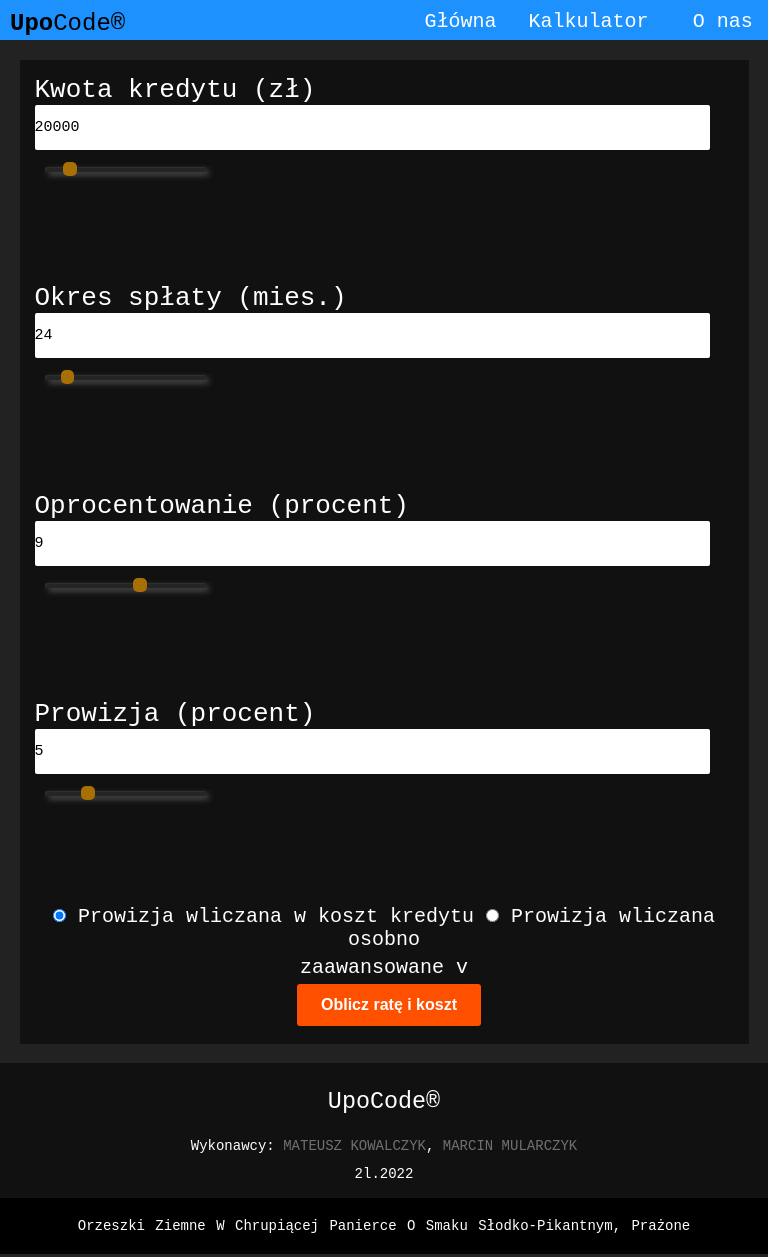
Repository: Klemingway/egzamin
Page: kalkulator.html
The author's editor kept a copy of each file at every save. The page is drawn from the files as they stood at one save, then again after the next save.
The browser window is 768 px wide. The pictures show the whole page.

Above is the page before, as saved 2023-01-25 11:58:49.

### kalkulator.html
<!DOCTYPE html>
<html lang="pl">

<head>
    <meta charset="UTF-8">
    <meta http-equiv="X-UA-Compatible" content="IE=edge">
    <meta name="viewport" content="width=device-width, initial-scale=1.0">
    <link rel="stylesheet" href="style/styl.css">
    <link rel="shortcut icon" href="img/ikonna.png" type="image/x-icon">
    <script src="js/script.js"></script>
    <title>Bankowy</title>
</head>
<header>

    <div id="hod">
        <a style="text-decoration: none;color: white;" href="index.html">Główna</a>
        <a style="text-decoration: none;color: white;" href="kalkulator.html">Kalkulator</a> &puncsp;
        <div id="hod1"><a style="text-decoration: none; color: white;" href="bl.html">O nas</a></div>
    </div>
    <div id="hzd">
        <b>Upo</b>Code®
    </div>
</header>

<div id="gl">

    <div id="d1" class="d">
        Kwota kredytu (zł)
        <input type="text" name="kwota" pattern="[0-9]" id="kwota" class="wej" value="20000" onchange="document.getElementById('r1').value = this.value/1000"><br>
        <input type="range" min="1" max="150" value="20" id="r1" class="slider" oninput="document.getElementById('kwota').value = this.value*1000; ">
    </div>

    <div id="d2" class="d">
        Okres spłaty (mies.)
        <input type="text" name="splata" pattern="[0-9]" id="splata" class="wej" value="24" onchange="document.getElementById('r2').value = this.value"><br>
        <input type="range" min="12" max="120" value="24" id="r2" class="slider" oninput="document.getElementById('splata').value = this.value;">
    </div>


    <div id="d3" class="d">
        Oprocentowanie (procent)
        <input type="text" name="splata" pattern="[0-9]" id="oproc" class="wej" value="9" onchange="document.getElementById('r3').value = this.value*100"><br>
        <input type="range" min="1" max="1500" value="900" id="r3" class="slider" oninput="document.getElementById('oproc').value = this.value/100;">
    </div>

    <div id="d4" class="d">
        Prowizja (procent)
        <input type="text" name="prowiz" pattern="[0-9]" id="prowiz" class="wej" value="5" onchange="document.getElementById('r4').value = this.value"><br>
        <input type="range" min="0" max="20" value="5" id="r4" class="slider" oninput="document.getElementById('prowiz').value = this.value;">
    </div>

    <div id="d5">
        <label>
        <input type="radio" checked name="choice" value="wariant1" class="radio"> Prowizja wliczana w koszt kredytu
        </label>
        <label>
            <input type="radio" name="choice" value="wariant2" class="radio">
            Prowizja wliczana osobno
        </label>
    </div>
    <div id="d6">
        <a onclick="zaawansowane()" style="margin-bottom: 100px;">zaawansowane v</a>
    </div>
    <div id="d7">
        <input type="button" id="guzik" value="Oblicz ratę i koszt" onclick="test()">
    </div>
</div>
<!-- <div id="wyniki">

</div> -->



<footer>
    <div id="zawfoot">
        <h3>UpoCode®</h3>
        <p>Wykonawcy: <span>Mateusz Kowalczyk</span>, <span>Marcin Mularczyk</span><br>2l.2022</p>

    </div>
    <div class="dol">
        <p>Orzeszki ziemne w chrupiącej panierce o smaku słodko-pikantnym, prażone

        </p>
    </div>
</footer>

</body>

</html>

### style/styl.css
html,
body {
    padding: 0;
    margin: 0;
    font-family: monospace;
    background-color: #222222;
    overflow-x: hidden;
    min-height: 100%;
}

body::-webkit-scrollbar {
    width: 0.6em;
}

body::-webkit-scrollbar-track {
    -webkit-box-shadow: inset 0 0 6px rgba(0, 0, 0, 0.3);
}

body::-webkit-scrollbar-thumb {
    background-color: rgb(255, 136, 0);
}

body::-webkit-scrollbar-thumb:hover {
    background: rgba(255, 136, 0, 0.582);
}


/* header */

header {
    z-index: 5;
    text-decoration: none;
    padding-top: 0.5em;
    position: sticky;
    top: 0;
    height: 5vh;
    background-color: #1d92ff;
    width: 100vw;
    font-size: 20px;
}

#hzd {
    font-size: 1.2em;
    padding-left: 10px;
    background-color: #1d92ff;
}

#hod {
    float: right;
    word-spacing: 20px;
    margin-right: 2vw;
}

#hod1 {
    float: right;
    word-spacing: 0px;
}

#fw {
    position: relative;
    margin-top: 20px;
}


/* koniec headera */

#gl {
    padding-top: 1.5em;
    padding-left: 2em;
    padding-bottom: 2em;
    justify-content: center;
    background-color: #111111;
    color: white;
    margin: 1.5em;
    min-height: 20vh;
}


/* #d1 {
    background-color: aqua;
}

#d2 {
    background-color: brown;
}

#d3 {
    background-color: olive;
}

#d4 {
    background-color: orangered;
} */

#gll {
    background-color: #ff5000;
    width: 100%;
    height: auto;
    border: #ff5000 1px solid;
}

#d5 {
    font-size: 20px;
    padding-top: 5px;
    width: 100%;
    text-align: center;
    /* background-color: gold; */
}

#d6 {
    font-size: 20px;
    padding-top: 5px;
    width: 100%;
    text-align: center;
    /* background-color: rgb(0, 255, 115); */
}

#d7 {
    margin: 5px;
    display: flex;
    width: 100%;
    justify-content: center;
}

.d {
    word-wrap: break-word;
    font-size: 2em;
    padding: 2px;
    width: 50%;
    float: left;
    min-height: 13vh;
    padding-right: 4em;
}

#wyniki {
    min-height: 25em;
    margin-bottom: 3em;
}


/* wejscia wyjscia */

.wej {
    float: right;
    border-radius: 2px;
    outline: none;
    border: none;
    font-family: monospace;
    height: 3em;
    width: 9em;
    font-size: 15px;
}

.slider {
    margin: 10px;
    -webkit-appearance: none;
    outline: none;
    border-radius: 3px;
    height: 0.6vh;
    width: 21vw;
    background-color: rgb(37, 37, 37);
    box-shadow: 3px 3px 6px rgb(89, 88, 92), inset 1px 1px 1px #313131;
}

.slider::-webkit-slider-thumb {
    -webkit-appearance: none;
    width: 1em;
    height: 1em;
    cursor: pointer;
    background-color: rgb(168, 111, 5);
    overflow: visible;
    border-radius: 5px;
}

#guzik {
    display: inline-block;
    outline: none;
    cursor: pointer;
    font-weight: 600;
    border-radius: 3px;
    padding: 12px 24px;
    border: 0;
    color: #fff;
    background: #ff5000;
    line-height: 1.15;
    font-size: 16px;
}

#guzik:hover {
    transition: all .1s ease;
    box-shadow: 0 0 0 0 #fff, 0 0 0 3px #1d92ff;
}


/* footer */

footer {
    position: absolute;
    bottom: 0;
    width: 100%;
    left: 0;
    right: 0;
    background: #111;
    height: auto;
    width: 100vW;
    font-family: monospace;
    padding-top: 20px;
    color: white;
}

#zawfoot {
    display: flex;
    align-items: center;
    justify-content: center;
    flex-direction: column;
    text-align: center;
}

#zawfoot h3 {
    font-size: 1.8rem;
    font-weight: 400;
    text-transform: capitalize;
    line-height: 3rem;
}

#zawfoot p {
    max-width: 500px;
    margin: 10px auto;
    line-height: 28px;
    font-size: 14px;
}

* {
    margin: 0;
    padding: 0;
    box-sizing: border-box;
}

.dol {
    background: #000;
    width: 100vw;
    padding: 20px 0;
    text-align: center;
}

.dol p {
    font-size: 14px;
    word-spacing: 2px;
    text-transform: capitalize;
}

#zawfoot span {
    text-transform: uppercase;
    opacity: .4;
    font-weight: 200;
}


/* koniec footera */

@media (max-width: 1000px) {
    .d {
        padding-right: 1em;
        min-height: 26vh;
        width: 100%;
        padding-bottom: 0;
    }
    .wej {
        width: 100%;
    }
    #gl {
        padding: 1em;
    }
    footer {
        position: relative;
    }
}

### js/script.js




function zaokrongl(variable) {
    return Math.round(variable * 100) / 100;
}
document.addEventListener('mouseup', function(e) {
    if(e.target.id == "dwd"){
        zamknij();
    }
    else if(e.target.id == "dwd2"){
        zamknij1();
    }
});
function tableCreate2(splata, k, oprocentowanie, kwota, rata, prowizja, kwota_dodana) {
    console.log("kwota: " + kwota);
    //tu sie dzieje magia sztańska i wgl ale no uwu
    var a = document.getElementById("wyniki2");
    // czyszczenie diva
    a.innerHTML = '';
    //ustawiamy sobie stałą
    const wyniki = document.a,
    // do tej stałej tworzymy element div
    div = document.createElement('div');
    // ustawiamy id diva jako tabela
    div.setAttribute("id", "tabela");
    //tworzymy tabele
    tbl = document.createElement('table');
    // dopisujemy tabele do diva
    div.appendChild(tbl);
    tbl.style.width = '110px';
    tbl.style.border = '1px solid black';

    var odsetki = 0,   suma_odsetek = 0,    suma = 0;
    var kapital = 0,   suma = 0,            kwota_kredytu=0;

    var element1 = document.getElementById('advanced2');
    var choice2 = document.getElementsByName('choice2');
    if(element1!==null && choice2[1].checked==true){
        kwota_kredytu= kwota - kwota_dodana;
        console.log("kwota+kredytu: " + kwota_kredytu)
    }
    else{
        kwota_kredytu = kwota;
        console.log("kwota+kredytu: " + kwota_kredytu)
    }
    // prosta pętla myśle że nic nie trzeba tłumaczyć
    loop1:
    for (let i = 0; i <= splata; i++) {
        const tr = tbl.insertRow();
        loop2:
        for (let j = 0; j < 4; j++) {
            odsetki = (oprocentowanie / k) * kwota_kredytu;


            kapital = rata - odsetki;
            const td = tr.insertCell();
            if (i == 0 && j == 0) {
                td.appendChild(document.createTextNode("L.p."));
                td.style.fontSize = '20px';
            } else if (i == 0 && j == 1) {
                td.appendChild(document.createTextNode("Odsetki"));
                td.style.fontSize = '20px';
            } else if (i == 0 && j == 2) {
                td.appendChild(document.createTextNode("Kapitał"));
                td.style.fontSize = '20px';
            } else if (i == 0 && j == 3) {
                td.appendChild(document.createTextNode("Wysokość raty"));
                td.style.fontSize = '20px';
            }
            if (j == 0 && i != 0) {
                if(kapital>=rata){
                    break loop1;
                }
                td.appendChild(document.createTextNode(i));
            } else if (j == 1 && i != 0) {
                suma_odsetek += odsetki;
                td.appendChild(document.createTextNode(zaokrongl(odsetki)));
            } else if (j == 2 && i != 0) {
                kwota_kredytu -= kapital;
                td.appendChild(document.createTextNode(zaokrongl(kapital)));
            } else if (j == 3 && i != 0) {
                suma += rata;
                td.appendChild(document.createTextNode(rata));
            }
            td.style.border = '1px solid black';

        }
    }
    console.log("Suma: "+suma)
    console.log("Suma odsetek: "+suma_odsetek)
    a.appendChild(div);
}
function obliczanie(I,N,oprocentowanie,choice,n,zaplata,prowizja,suma,k,kwota_dodana){
    var choice2 = document.getElementsByName('choice2');

        // jeżeli wybrane żeby Prowizja wliczana w koszt kredytu to wtedy to się liczy
        if (choice[0].checked == true) {
            prowizja = (document.getElementById("prowiz").value) / 100;

            prowizja = prowizja * N;
            // doliczamy prowizję do kwoty kredytu
            N = N * 1 + prowizja;

            // jeżeli okres spłaty wynosi mniej niż 12 miesięcy to analogicznie w roku
            // zapłacimy równowartość tego okresu bo w roku mamy max 12 rat
            k = 12;
            if (n < 12) {
                k = n;
            }
            for (var i = 1; i <= n; i++) {
                // no to tutaj przepisany wzór z matematycznego na kodowanie
                suma += Math.pow((1 + (oprocentowanie / k)), -i);
            }
            // tutaj jest licznik podzielony przez mianownik
            I = N / suma;
            // mnożymy naszą ratę razy ilość rat aby otrzymać ile będziemy musieli oddać bankowi
            zaplata = I * n;
            console.log("N: " + N)

            tableCreate2(n, k, oprocentowanie, N, zaokrongl(I), prowizja,kwota_dodana)
            document.getElementById("wyniki").innerHTML = "Wysokość raty: " + zaokrongl(I) + "<br>" +
                "Całkowita kwota do spłaty: " + zaokrongl(zaplata);

        // jeżeli wybrane żeby Prowizja wliczana osobno to wtedy to się liczy
        } else if (choice[1].checked == true) {
            prowizja = (document.getElementById("prowiz").value) / 100;
            prowizja = prowizja * N;
            // jeżeli okres spłaty wynosi mniej niż 12 miesięcy to analogicznie w roku zapłacimy równowartość tego okresu bo w roku mamy max 12 rat
            k = 12;
            if (n < 12) {
                k = n;
            }
            for (var i = 1; i <= n; i++) {
                // no to tutaj przepisany wzór z matematycznego na kodowanie
                suma += Math.pow((1 + (oprocentowanie / k)), -i);
            }
            // tutaj jest licznik podzielony przez mianownik
            I = N / suma;
            // mnożymy naszą ratę razy ilość rat aby otrzymać ile będziemy musieli oddać bankowi
            zaplata = I * n;
            // doliczamy prowizję po wszystkich obliczeniach
            zaplata = zaplata + prowizja;
            console.log("N: " + N)
            tableCreate2(n, k, oprocentowanie, N, zaokrongl(I), prowizja,kwota_dodana)
            document.getElementById("wyniki").innerHTML = "Wysokość raty: " + zaokrongl(I) + "<br>" +
                "Całkowita kwota do spłaty: " + zaokrongl(zaplata);
        }
        else{
            console.log("wda")
        }
        document.getElementById("dwd").style.backdropFilter = "blur(7px)";
        document.getElementById("wyniki").innerHTML += "<br><input type=\"button\" id='guzior1' onclick=\"pokaz()\" value=\"pokaż harmonogram rat\">";

}
function test() {
    document.getElementById("wyniki").style.visibility = "visible"; // a to to nwm pan mularczyk robił
    var I, N, oprocentowanie, k, n, suma = 0, zaplata, prowizja = 0;

    N = document.getElementById("kwota").value; // kwota kredytu
    oprocentowanie = document.getElementById("oproc").value/100; // oprocentowanie kredytu
    n = document.getElementById("splata").value; // okres splaty

    var choice = document.getElementsByName('choice');

    //////////////////////////////////////
    //                                  //
    // sprawdzenie czy jest rozwinięte  //
    //                                  //
    //////////////////////////////////////

    var element1 = document.getElementById('advanced2');
    var element2 = document.getElementById('advanced2');
    if(element1 !== null  && element2 !== null){
        var kwota_dodana = document.getElementById("kwotaDodana").value;
        var choice2 = document.getElementsByName('choice2'); // zaawansowane
        if(choice2[0].checked == true){
            console.log(kwota_dodana + "  " + "tyle samo rat ale mniejsza cena")
            //////////////////////////////////////////
            //                                      //
            //    tyle samo rat ale mniejsza cena   //
            //                                      //
            //////////////////////////////////////////
            N -= kwota_dodana;
            console.log("Nigger: " + N)
            obliczanie(I,N,oprocentowanie,choice,n,zaplata,prowizja,suma,k,kwota_dodana);

        }
        if(choice2[1].checked == true){
            console.log(kwota_dodana + "  " + "Mniej rat, po tej samej cenie raty")
            //////////////////////////////////////////
            //                                      //
            //  Mniej rat, po tej samej cenie raty  //
            //                                      //
            //////////////////////////////////////////


            obliczanie(I,N,oprocentowanie,choice,n,zaplata,prowizja,suma,k,kwota_dodana);
        }


    }
    else{
        obliczanie(I,N,oprocentowanie,choice,n,zaplata,prowizja,suma,k);
    }

}

function pokaz() {
    document.getElementById("dwd").style.visibility = "visible";
}

function zamknij() {
    document.getElementById("dwd").style.visibility = "hidden";
}
function pokaz1() {
    document.getElementById("dwd2").style.backdropFilter = "blur(7px)";
    document.getElementById("dwd2").style.visibility = "visible";
}

function zamknij1() {
    document.getElementById("dwd2").style.visibility = "hidden";
}

function zaawansowane(){
    var element = document.getElementById('advanced2');
    if(element === null){
        var a = document.getElementById("tabelka");
        const wyniki = document.a,
        /////////////////////////////////////////
        //                                     //
        //          input text kwata           //
        //                                     //
        /////////////////////////////////////////
        trA = document.createElement('tr');
        trA.setAttribute("id","advancedText");
        trA.setAttribute('style','position:relative; padding-top:200px; height:40px;')


        tdA = document.createElement('td');
        tdB = document.createElement('td');

        inputA = document.createElement('input');
        inputA.setAttribute('type','text');
        inputA.setAttribute('id','kwotaDodana');

        tdA.innerHTML += "Kwota dołożona";
        tdB.appendChild(inputA);
        trA.appendChild(tdA);
        trA.appendChild(tdB);
        a.appendChild(trA);

        tdA = document.createElement('td');
        tdB = document.createElement('td');

        inputA = document.createElement('input');
        inputA.setAttribute('type','text');
        inputA.setAttribute('id','ubezpieczenie');

        tdA.innerHTML += "Ubezpieczenie";
        tdB.appendChild(inputA);
        trA.appendChild(tdA);
        trA.appendChild(tdB);

        //a.appendChild(trB);
        a.appendChild(trA);

        /////////////////////////////////////////
        //                                     //
        //            inputy radio             //
        //                                     //
        /////////////////////////////////////////

        tr2 = document.createElement('tr');
        tr2.setAttribute("id", "advanced2");
        td1 = document.createElement('td');
        td1.setAttribute("colspan", "2");
        td1.setAttribute('style','text-align:center;');
        //style="text-align: center;"
        br = document.createElement('br');

        label1 = document.createElement('label');
        input1 = document.createElement('input');
        input1.setAttribute('type','radio');
        input1.setAttribute('name','choice2');
        input1.setAttribute('class','radio');
        input1.setAttribute('value','rat_mniej');

        label1.appendChild(input1);
        label1.innerHTML += ' Raty pozostają takie same, ale mniej';

        td2 = document.createElement('td');
        td2.setAttribute("colspan", "2");
        td2.setAttribute('style','text-align:center;');
        label2 = document.createElement('label');
        input2 = document.createElement('input');
        input2.setAttribute('type','radio');
        input2.setAttribute('name','choice2');
        input2.setAttribute('class','radio');
        input2.setAttribute('value','rat_tyle_samo');


        label2.appendChild(input2);
        label2.innerHTML += ' Mniejsza rata na taki sam okres czasu';


        td1.appendChild(br);
        td1.appendChild(label1);

        td2.appendChild(br);
        td2.appendChild(label2);

        tr2.appendChild(td2);
        tr2.appendChild(td1);

        a.appendChild(tr2);

        clicked = false;
    }
    else{
        var elem = document.getElementById("advanced2");
        elem.parentNode.removeChild(elem);
        elem = document.getElementById("advancedText");
        elem.parentNode.removeChild(elem);
    }
}

After the next save:
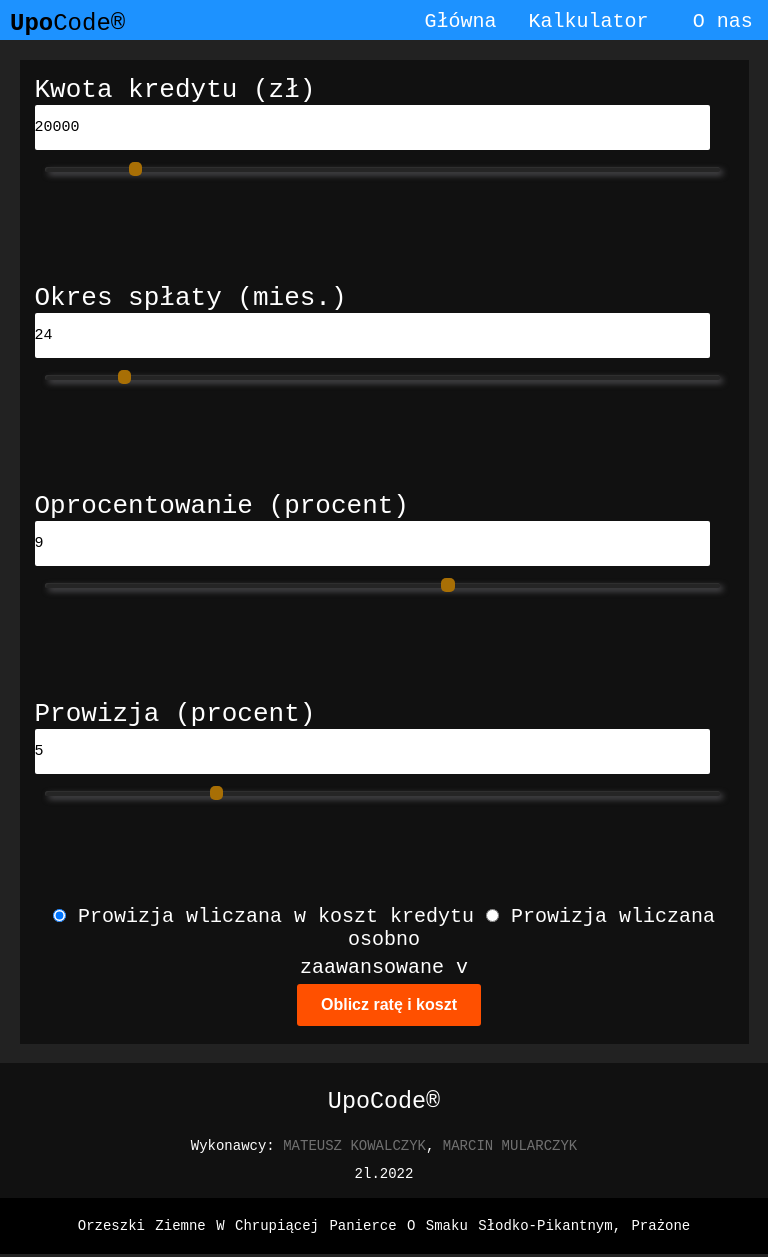
Saved 22 s later.
--- a/style/styl.css
+++ b/style/styl.css
@@ -265,6 +265,9 @@ footer {
         width: 100%;
         padding-bottom: 0;
     }
+    .slider {
+        width: 100%;
+    }
     .wej {
         width: 100%;
     }
